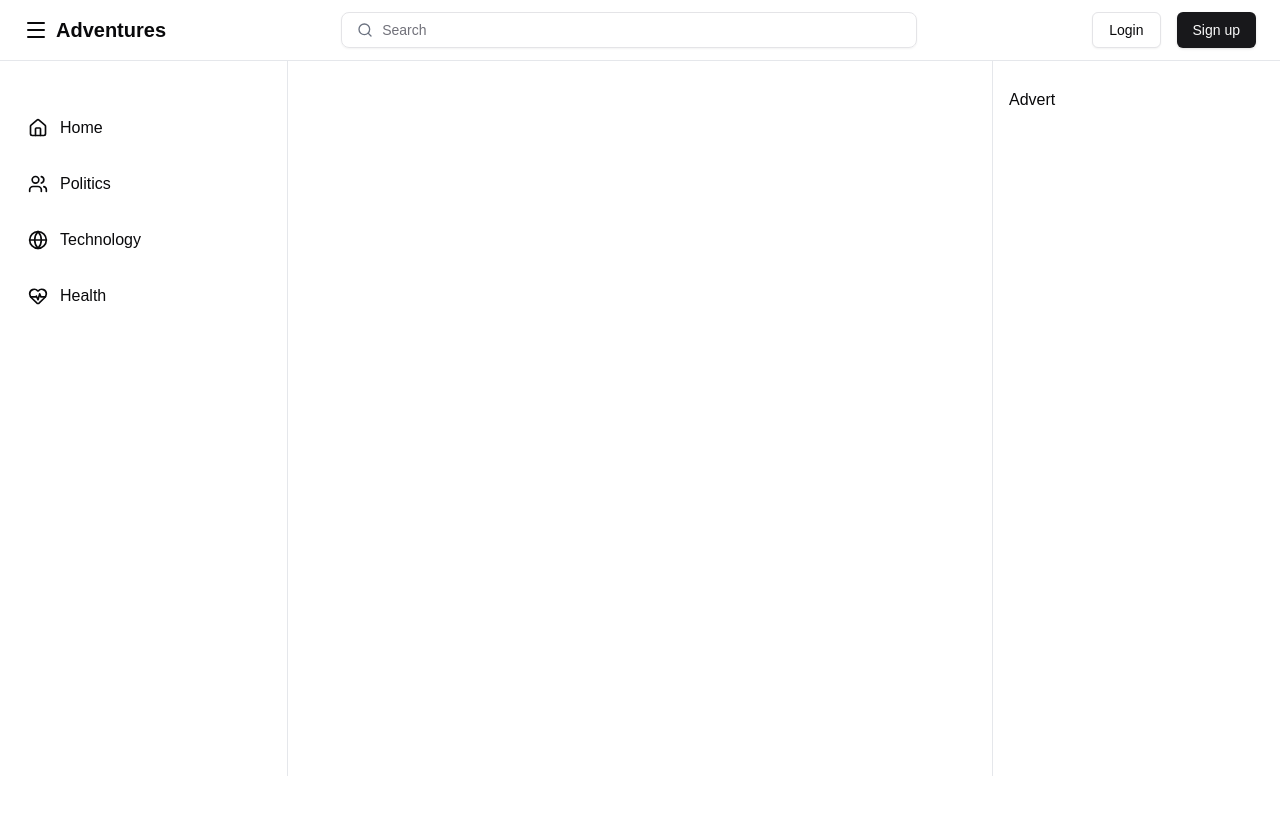
Repository: IssaMuiz/afrixpace-frontend
Page: /
An editor plug-in stored every save of this project. The page is shown before and after the next save, followed by the edit.
The browser window is 1280 px wide. The pictures show the whole page.
The page's requests for data from a server got no answer. The project was rebuilt for these pictures with package versions that can differ from the ones it lists, and the page was loaded fresh each time. The framework's server and built-in components were replaced by stand-ins that run in the browser. No one was signed in, and anything a server would have sent is missing. Also part of the build but not shown: next.config.ts, components/ui/card.tsx, components/Vote.tsx, components/PostCard.tsx.

Above is the page before, as saved 2025-02-05 04:05:00.

### app/layout.tsx
import type { Metadata } from "next";
import { Geist, Geist_Mono } from "next/font/google";
import "./globals.css";
import Navbar from "@/components/Navbar";
import Sidebar from "@/components/Sidebar";
import AdvertBar from "@/components/Advertbar";

const geistSans = Geist({
  variable: "--font-geist-sans",
  subsets: ["latin"],
});

const geistMono = Geist_Mono({
  variable: "--font-geist-mono",
  subsets: ["latin"],
});

export const metadata: Metadata = {
  title: "Adventurer app",
  description: "Share your adventure experience here",
};

export default function RootLayout({
  children,
}: Readonly<{
  children: React.ReactNode;
}>) {
  return (
    <html lang="en">
      <body
        className={`${geistSans.variable} ${geistMono.variable} min-h-screen antialiased`}
      >
        <Navbar />
        <div className="grid grid-rows-1 lg:grid-rows-[1fr_250px] xl:grid-rows-[250px_1fr_300px] gap-6 h-screen p-4">
          <Sidebar />

          <main className=" lg:mr-[290px]  xl:mx-[300px]">{children}</main>
          <AdvertBar />
        </div>
      </body>
    </html>
  );
}

### app/page.tsx
import Feed from "@/components/Feed";

const HomePage = () => {
  return (
    <div className="h-screen ">
      <Feed />
    </div>
  );
};

export default HomePage;

### components/Navbar.tsx
"use client";
import { Button } from "./ui/button";
import { Input } from "./ui/input";
import { Search } from "lucide-react";
import { Menu } from "lucide-react";

const Navbar = () => {
  return (
    <nav className="border-b bg-white z-20 fixed left-0 right-0 top-0 border-gray-200 px-6 py-3 flex justify-between items-center">
      <div className="flex space-x-2 items-center">
        <Menu className="hidden md:block" />
        <h1 className="text-xl font-semibold">Adventures</h1>
      </div>
      <div className="relative max-w-xl flex-1 mx-6">
        <Search className=" h-4 absolute left-3 top-1/2 transform -translate-y-1/2 text-gray-500" />
        <Input
          type="text"
          placeholder="Search"
          className="pl-10 w-full border rounded-lg"
        />
      </div>

      <div className=" flex gap-4">
        <Button variant="outline" className="hover:bg-gray-100">
          Login
        </Button>
        <Button className="hover:bg-white hover:text-black ">Sign up</Button>
      </div>
    </nav>
  );
};

export default Navbar;

### components/Sidebar.tsx
"use client";

import Link from "next/link";
import { usePathname } from "next/navigation";
import { categories } from "@/constant";
import { cn } from "@/lib/utils";

const Sidebar = () => {
  const pathname = usePathname();
  return (
    <aside className="fixed hidden xl:block top-14 left-0 bottom-0 w-72 border-r border-gray-200 h-screen dark:bg-gray-900 px-4 pt-12">
      <ul className="space-y-2">
        {categories.map((cat) => (
          <li key={cat.name}>
            <Link
              href={`/${cat.path}`}
              className={cn(
                "flex items-center gap-3 p-3 rounded-md hover:bg-gray-200 dark:hover:bg-gray-800 transition",
                pathname === `/${cat.path}` &&
                  "bg-gray-300 dark:bg-gray-700 font-semibold"
              )}
            >
              <cat.icon className="w-5 h-5" />
              <span>{cat.name}</span>
            </Link>
          </li>
        ))}
      </ul>
    </aside>
  );
};

export default Sidebar;

### components/Advertbar.tsx
const AdvertBar = () => {
  return (
    <aside className="hidden lg:block fixed right-0 top-14 bottom-0 w-72 border-l border-gray-200 h-full bg-white pt-8 px-4">
      Advert
    </aside>
  );
};

export default AdvertBar;

### components/Feed.tsx
"use client";

import { useEffect, useState } from "react";
import PostCard from "./PostCard";

interface Post {
  id: string;
  title: string;
  content: string;
  votes: number;
  mediaUrl?: string;
  mediaType: "image" | "video";
}

const Feed = () => {
  const [posts, setPosts] = useState<Post[]>([]);

  useEffect(() => {
    async function fetchPost() {
      const res = await fetch("/api/posts");
      const data = await res.json();
      setPosts(data);
    }
    fetchPost();
  }, []);
  return (
    <section className="space-y-6 mt-20">
      {posts.map((post) => (
        <PostCard key={post.id} post={post} />
      ))}
    </section>
  );
};

export default Feed;

### components/ui/button.tsx
import * as React from "react"
import { Slot } from "@radix-ui/react-slot"
import { cva, type VariantProps } from "class-variance-authority"

import { cn } from "@/lib/utils"

const buttonVariants = cva(
  "inline-flex items-center justify-center gap-2 whitespace-nowrap rounded-md text-sm font-medium transition-colors focus-visible:outline-none focus-visible:ring-1 focus-visible:ring-ring disabled:pointer-events-none disabled:opacity-50 [&_svg]:pointer-events-none [&_svg]:size-4 [&_svg]:shrink-0",
  {
    variants: {
      variant: {
        default:
          "bg-primary text-primary-foreground shadow hover:bg-primary/90",
        destructive:
          "bg-destructive text-destructive-foreground shadow-sm hover:bg-destructive/90",
        outline:
          "border border-input bg-background shadow-sm hover:bg-accent hover:text-accent-foreground",
        secondary:
          "bg-secondary text-secondary-foreground shadow-sm hover:bg-secondary/80",
        ghost: "hover:bg-accent hover:text-accent-foreground",
        link: "text-primary underline-offset-4 hover:underline",
      },
      size: {
        default: "h-9 px-4 py-2",
        sm: "h-8 rounded-md px-3 text-xs",
        lg: "h-10 rounded-md px-8",
        icon: "h-9 w-9",
      },
    },
    defaultVariants: {
      variant: "default",
      size: "default",
    },
  }
)

export interface ButtonProps
  extends React.ButtonHTMLAttributes<HTMLButtonElement>,
    VariantProps<typeof buttonVariants> {
  asChild?: boolean
}

const Button = React.forwardRef<HTMLButtonElement, ButtonProps>(
  ({ className, variant, size, asChild = false, ...props }, ref) => {
    const Comp = asChild ? Slot : "button"
    return (
      <Comp
        className={cn(buttonVariants({ variant, size, className }))}
        ref={ref}
        {...props}
      />
    )
  }
)
Button.displayName = "Button"

export { Button, buttonVariants }

### components/ui/input.tsx
import * as React from "react"

import { cn } from "@/lib/utils"

const Input = React.forwardRef<HTMLInputElement, React.ComponentProps<"input">>(
  ({ className, type, ...props }, ref) => {
    return (
      <input
        type={type}
        className={cn(
          "flex h-9 w-full rounded-md border border-input bg-transparent px-3 py-1 text-base shadow-sm transition-colors file:border-0 file:bg-transparent file:text-sm file:font-medium file:text-foreground placeholder:text-muted-foreground focus-visible:outline-none focus-visible:ring-1 focus-visible:ring-ring disabled:cursor-not-allowed disabled:opacity-50 md:text-sm",
          className
        )}
        ref={ref}
        {...props}
      />
    )
  }
)
Input.displayName = "Input"

export { Input }

### constant.ts
import { Home, Users, Globe, HeartPulseIcon } from "lucide-react";

export const categories = [
  {
    name: "Home",
    icon: Home,
    path: "/",
  },
  {
    name: "Politics",
    icon: Users,
    path: "explore/politics",
  },
  {
    name: "Technology",
    icon: Globe,
    path: "explore/technology",
  },
  {
    name: "Health",
    icon: HeartPulseIcon,
    path: "explore/health",
  },
];

### lib/utils.ts
/* eslint-disable @typescript-eslint/no-explicit-any */
import { clsx } from "clsx";
import { twMerge } from "tailwind-merge";

export function cn(...inputs: any[]) {
  return twMerge(clsx(inputs));
}

### tailwind.config.ts
import type { Config } from "tailwindcss";
import tailwindAnimate from "tailwindcss-animate";

export default {
  darkMode: ["class"],
  content: [
    "./pages/**/*.{js,ts,jsx,tsx,mdx}",
    "./components/**/*.{js,ts,jsx,tsx,mdx}",
    "./app/**/*.{js,ts,jsx,tsx,mdx}",
  ],
  theme: {
    extend: {
      colors: {
        background: "hsl(var(--background))",
        foreground: "hsl(var(--foreground))",
        card: {
          DEFAULT: "hsl(var(--card))",
          foreground: "hsl(var(--card-foreground))",
        },
        popover: {
          DEFAULT: "hsl(var(--popover))",
          foreground: "hsl(var(--popover-foreground))",
        },
        primary: {
          DEFAULT: "hsl(var(--primary))",
          foreground: "hsl(var(--primary-foreground))",
        },
        secondary: {
          DEFAULT: "hsl(var(--secondary))",
          foreground: "hsl(var(--secondary-foreground))",
        },
        muted: {
          DEFAULT: "hsl(var(--muted))",
          foreground: "hsl(var(--muted-foreground))",
        },
        accent: {
          DEFAULT: "hsl(var(--accent))",
          foreground: "hsl(var(--accent-foreground))",
        },
        destructive: {
          DEFAULT: "hsl(var(--destructive))",
          foreground: "hsl(var(--destructive-foreground))",
        },
        border: "hsl(var(--border))",
        input: "hsl(var(--input))",
        ring: "hsl(var(--ring))",
        chart: {
          "1": "hsl(var(--chart-1))",
          "2": "hsl(var(--chart-2))",
          "3": "hsl(var(--chart-3))",
          "4": "hsl(var(--chart-4))",
          "5": "hsl(var(--chart-5))",
        },
      },
      borderRadius: {
        lg: "var(--radius)",
        md: "calc(var(--radius) - 2px)",
        sm: "calc(var(--radius) - 4px)",
      },
    },
  },

  plugins: [tailwindAnimate],
} satisfies Config;

Loaded but not shown: app/globals.css (common file)

After the next save:
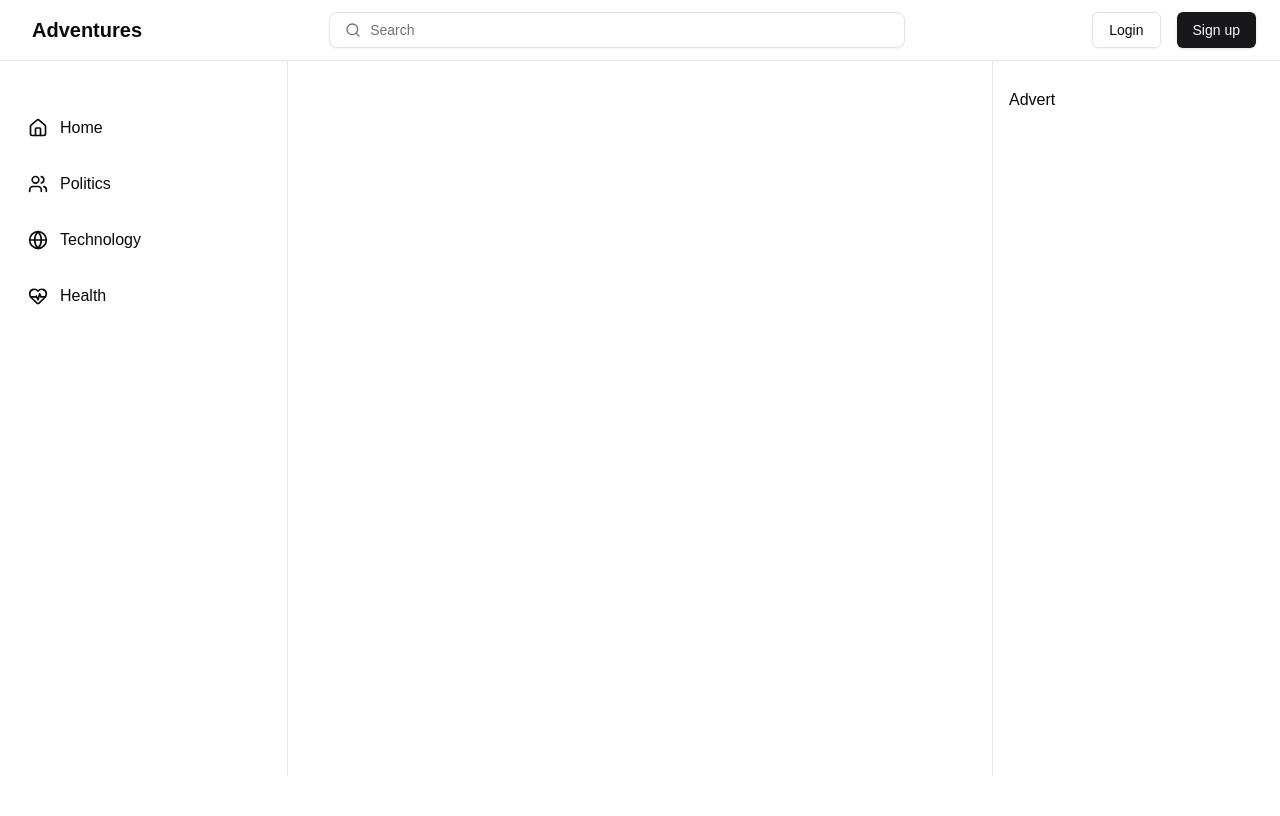
Saved 48 s later.
--- a/components/Navbar.tsx
+++ b/components/Navbar.tsx
@@ -8,7 +8,7 @@ const Navbar = () => {
   return (
     <nav className="border-b bg-white z-20 fixed left-0 right-0 top-0 border-gray-200 px-6 py-3 flex justify-between items-center">
       <div className="flex space-x-2 items-center">
-        <Menu className="hidden md:block" />
+        <Menu className="sm:hidden" />
         <h1 className="text-xl font-semibold">Adventures</h1>
       </div>
       <div className="relative max-w-xl flex-1 mx-6">
